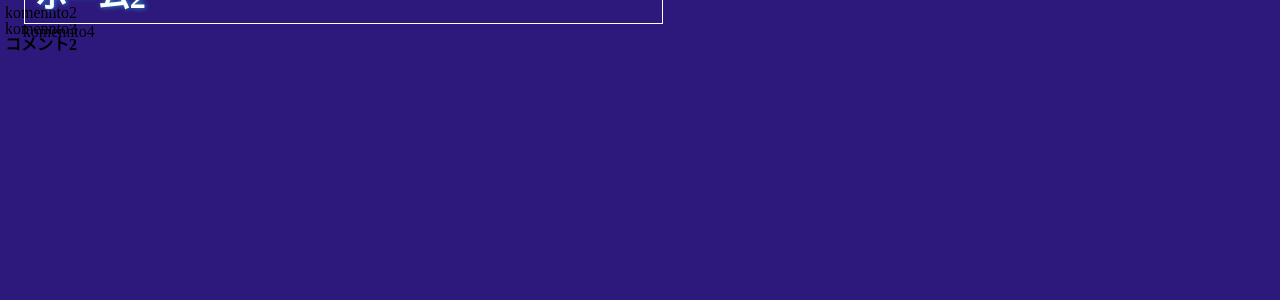
Repository: azuma2/tui2b
Page: http://localhost/come
The author's editor kept a copy of each file at every save. The page is drawn from the files as they stood at one save, then again after a run of saves.
The browser window is 1280 px wide. The pictures show the whole page.
The page is served by the project's Laravel application, run on PHP 8.4 with Laravel 8. Queries for data that is not in the repository find no rows.

Above is the page before, as saved 2022-03-29 02:28:15.

After the next 2 saves:
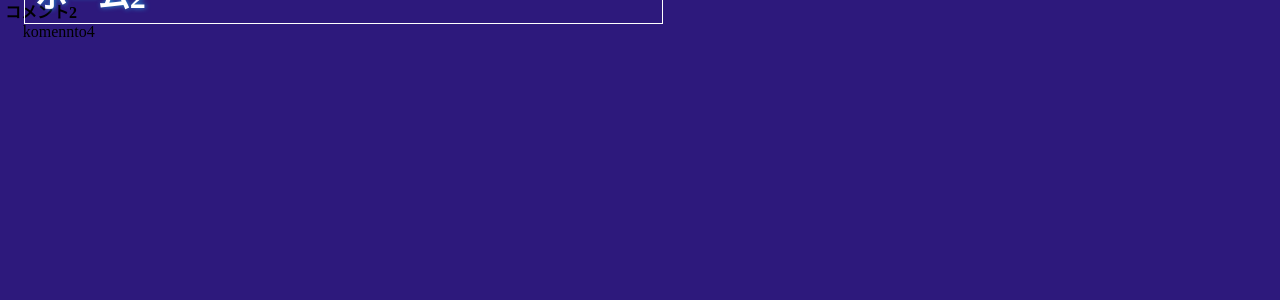
The 2 saves are shown as one change because they came seconds apart.
The last was saved 11 s later.
--- a/resources/views/come.blade.php
+++ b/resources/views/come.blade.php
@@ -180,9 +180,9 @@ font-size:28px;
       </div>
       <div>komennto4 </div>
     </div>
-    <div>komennto2 </div>
+
   </div>
-  <div>komennto3 </div>
+
   </div>
 
                 <h3 class="title3">コメント2</h3>
